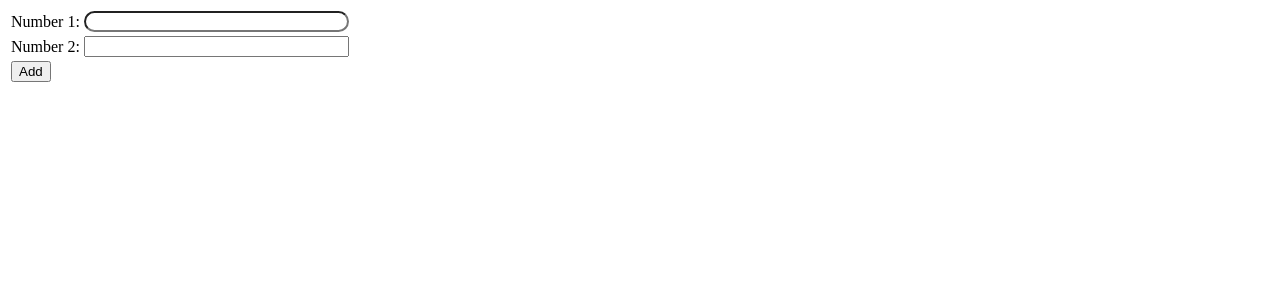
Repository: davidm15/FirstServlet
Page: http://localhost/Calculator/
These files come from the project's save history. The page is drawn as it stood at one moment and after the next save; the edit follows.
The browser window is 1280 px wide. The pictures show the whole page.
The page is served by Tomcat 9.

Above is the page before, as saved 2017-03-17 12:39:02.

After the next save:
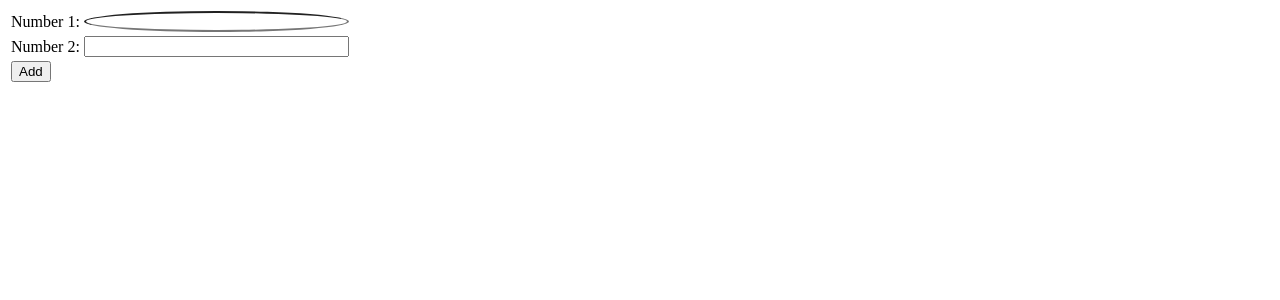
Saved 13 s later.
--- a/Calculator/WebContent/index.jsp
+++ b/Calculator/WebContent/index.jsp
@@ -14,7 +14,7 @@
 	<tr>
 		<td>Number 1:
 		</td>
-		<td><div ><input type="text" name="num1" size="30" style="border-radius: 25px;"></div>
+		<td><input type="text" name="num1" size="30" style="border-radius: 50%;">
 		</td>
 	</tr>
 	<tr>
